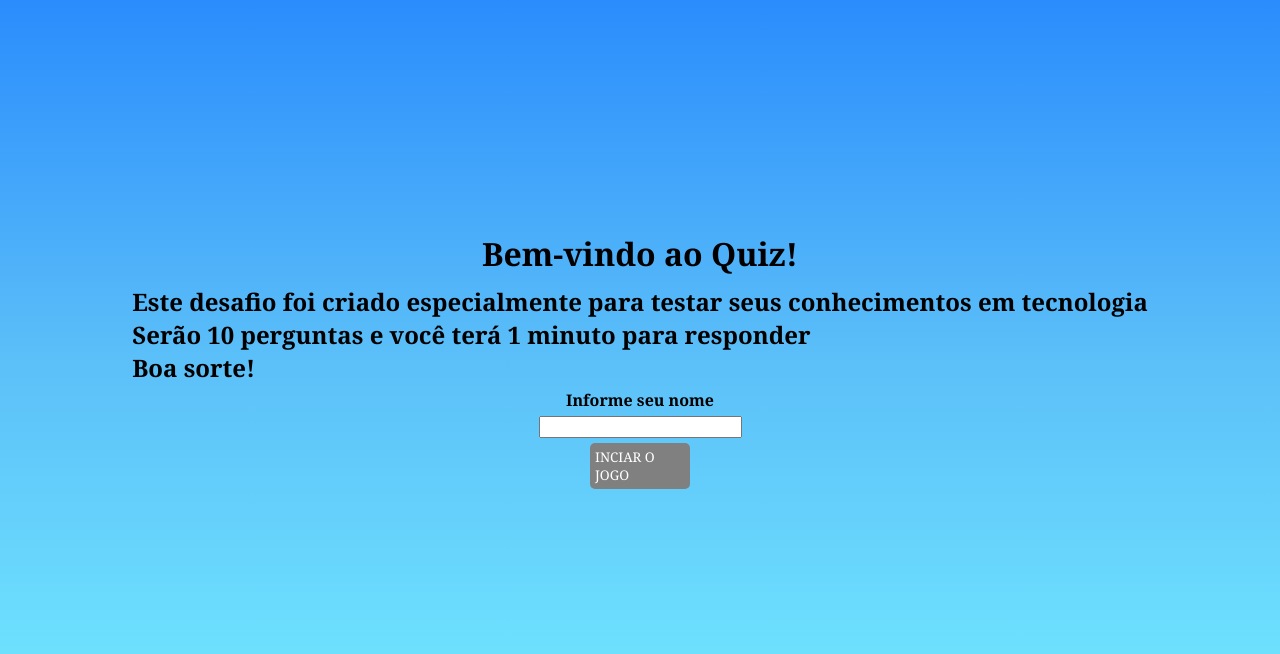
Repository: LaisSilvaO/Projeto-Quizz
Page: telas/apresentação.html
The author's editor kept a copy of each file at every save. The page is drawn from the files as they stood at one save, then again after the next save.
The browser window is 1280 px wide. The pictures show the whole page.

Above is the page before, as saved 2024-12-25 18:12:38.

### telas/apresentação.html
<!DOCTYPE html>
<html lang="pt-br">

<head>
    <meta charset="UTF-8">
    <meta name="viewport" content="width=device-width, initial-scale=1.0">
    <title>Quiz</title>
    <link rel="stylesheet" href="../img/tela.css">
</head>

<body>
    <div>
        <H1> Bem-vindo ao Quiz!</H1>
    </div>
    <div>

    </div>

    <h2>Este desafio foi criado especialmente para testar seus conhecimentos em tecnologia
        <p>Serão 10 perguntas e você terá 1 minuto para responder</p>
        <P> Boa sorte!</P>
    </h2>
    <h4>Informe seu nome </h4>
    <input type="text" id="nome">
    <A href="index.html">
        <h4><button>INCIAR O JOGO</button></h4>
    </A>


</body>

</html>

### img/tela.css
* {
  margin: 0;
  padding: 0;
  box-sizing: border-box;
  font-family: Cambria, Cochin, Georgia, Times, 'Times New Roman', serif;
}

body {
  height: 100vh;
  display: flex;
  justify-content: center;
  flex-direction: column;
  flex-wrap: wrap;
  align-items: center;
  gap: 5px;
  background: linear-gradient(180deg, rgba(19, 128, 252, 0.9) 0%, rgba(80, 187, 248, 0.932), rgba(103, 230, 255, 0.932) 100%);
}

main {
  background-color: white;
  padding: 10px;
  border-radius: 10px;
  width: 100%;
  max-width: 600px;
  min-height: 400px;
  display:flex;
  align-items: center;
  justify-content: center;
}

.content {
  display: flex;
  flex-direction: column;
  width: 100px;
  gap: 10px;
}

.qtddquestao {
  text-align: end;
}

.resposta {
  display: flex;
  flex-direction: column;
  gap: 5px;
}

button {
  width: 100px;
  text-align: start;
  padding: 5px;
  border: none;
  border-radius: 5px;
  cursor: pointer;
  background-color: grey;
  color: white;
}

.final {
  display: none;
  flex-direction: column;
  gap: 10px;
}

After the next save:
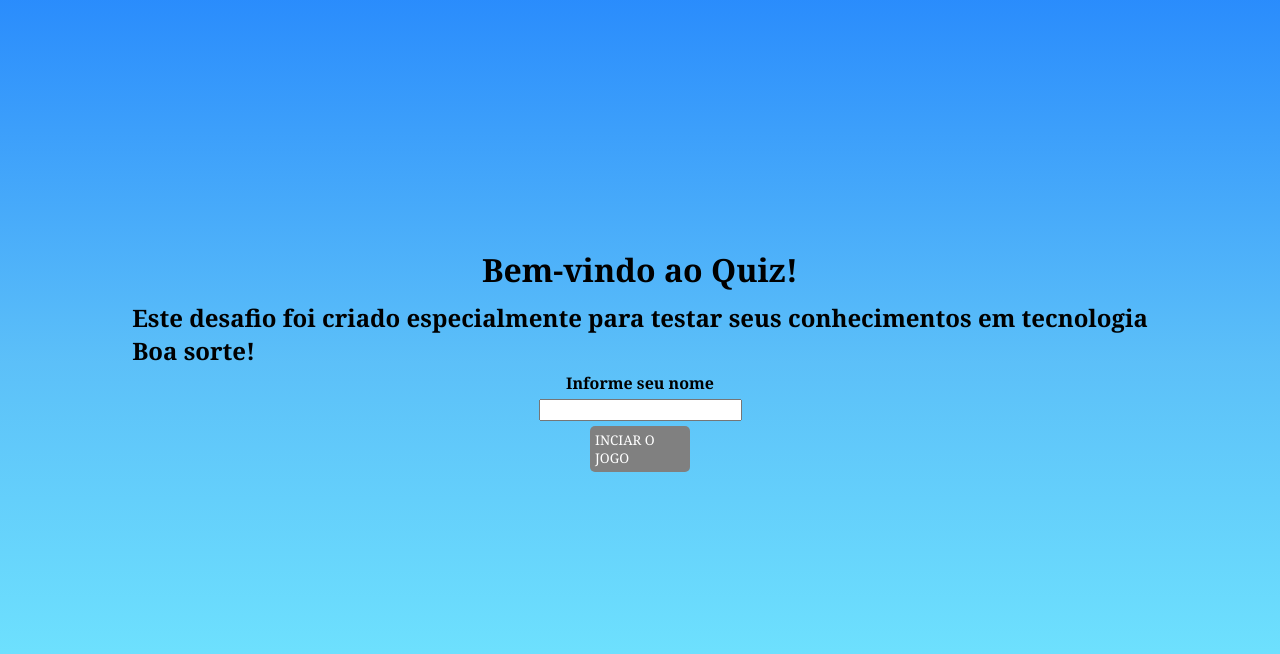
Saved 13 min 29 s later.
--- a/telas/apresentação.html
+++ b/telas/apresentação.html
@@ -17,7 +17,7 @@
     </div>
 
     <h2>Este desafio foi criado especialmente para testar seus conhecimentos em tecnologia
-        <p>Serão 10 perguntas e você terá 1 minuto para responder</p>
+
         <P> Boa sorte!</P>
     </h2>
     <h4>Informe seu nome </h4>
